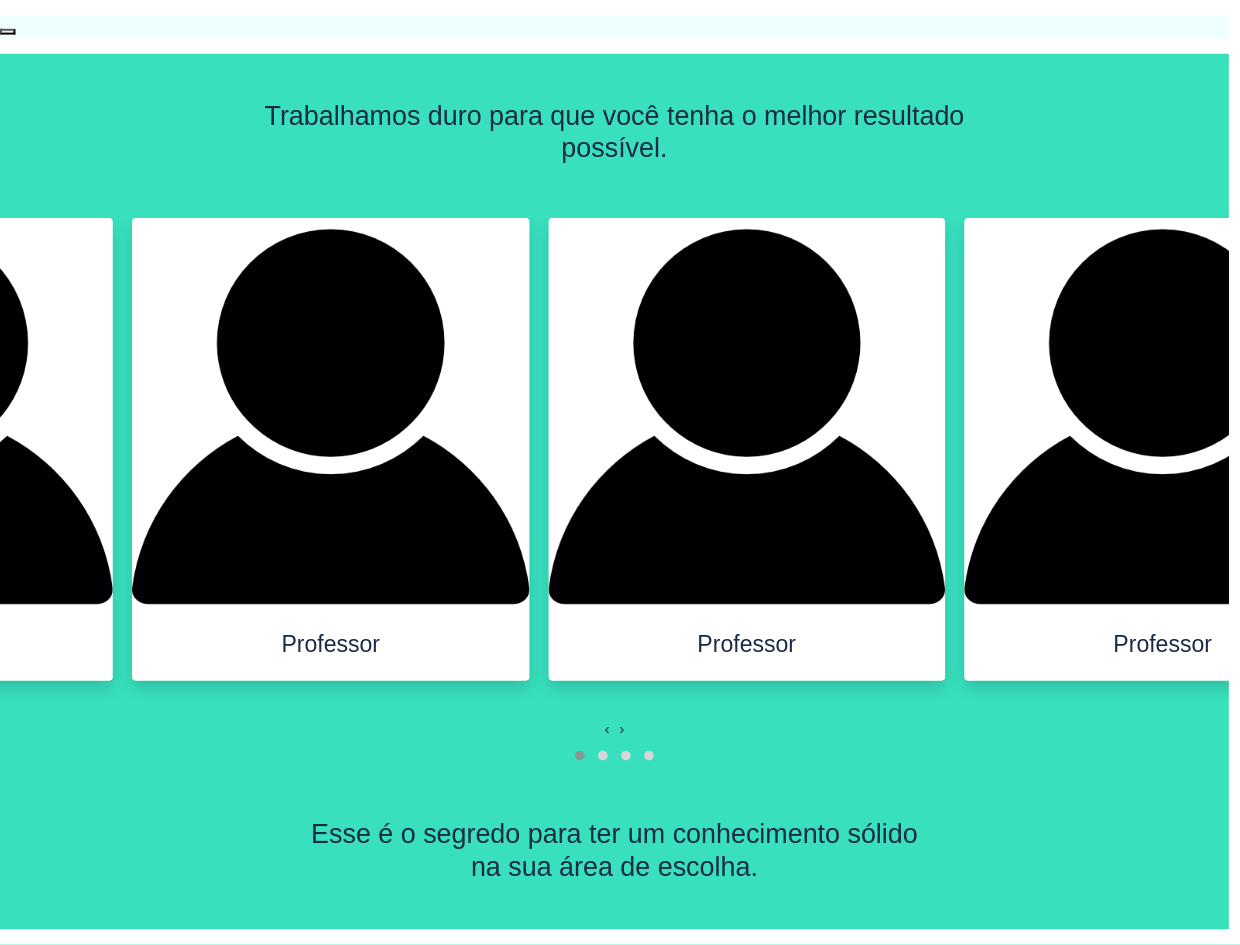
Repository: MarTech-Coders-Planejamento/site-oficial
Page: home.html
The author's editor kept a copy of each file at every save. The page is drawn from the files as they stood at one save, then again after the next save.
The browser window is 1280 px wide. The page is 1292 px wide, so the pictures cover 1292 px, including what lies to the right of the window. The pictures show the whole page, at 96% of full size.
Some web fonts or font styles are not loaded; a fallback is used.

Above is the page before, as saved 2021-10-23 00:47:14.

After the next save:
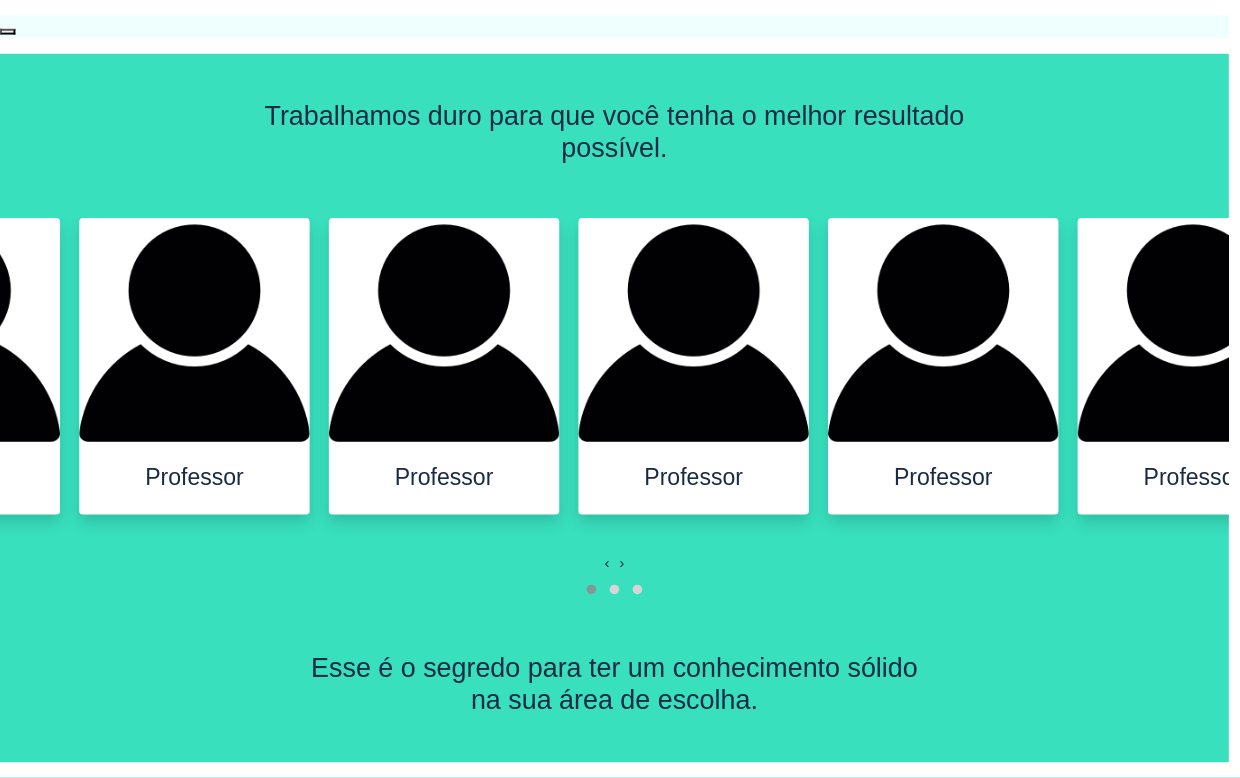
Saved 90 s later.
--- a/home.html
+++ b/home.html
@@ -254,7 +254,7 @@
             nav:false,
           },
           1000: {
-            items: 3,
+            items: 5,
             nav: true,
             loop: false
           },
